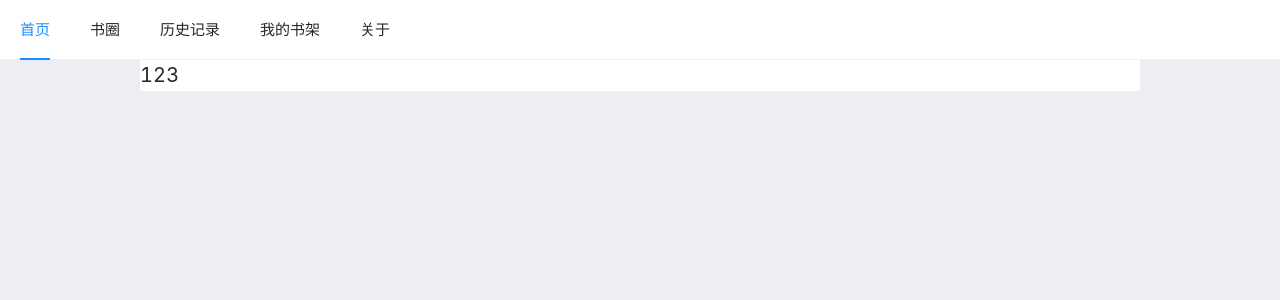
Repository: Fengjing95/book-react
Page: /
These files come from the project's save history. The page is drawn as it stood at one moment and after the next save; the edit follows.
The browser window is 1280 px wide. The pictures show the whole page.
The project was rebuilt for these pictures with package versions that can differ from the ones it lists, and the page was loaded fresh each time.

Above is the page before, as saved 2021-02-19 11:27:45.

After the next save:
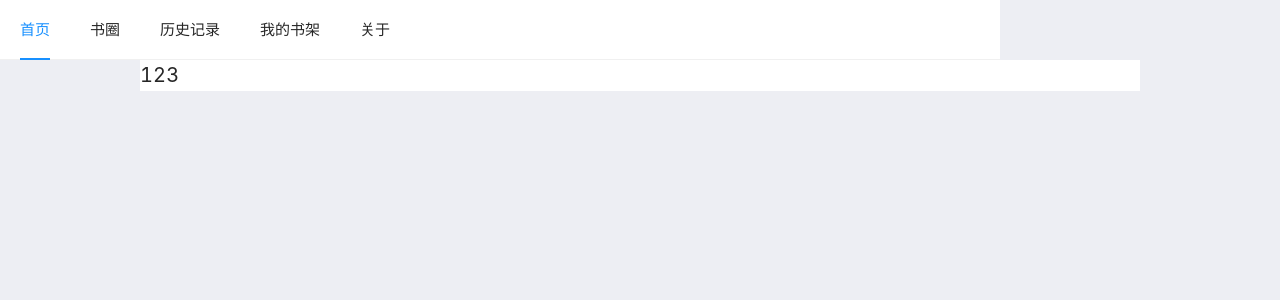
Saved 34 s later.
--- a/src/components/MyMenu/MyMenu.jsx
+++ b/src/components/MyMenu/MyMenu.jsx
@@ -29,7 +29,7 @@
       <Menu
         selectedKeys={[this.state.current]}
         mode="horizontal" onClick={this.menuHandler}
-        style={{ lineHeight: '60px', fontSize: '15px' }}>
+        style={{ lineHeight: '60px', fontSize: '15px', width: '1000px'}}>
         {
           this.state.menu.map((item) => {
             return <Menu.Item key={item.key}>
